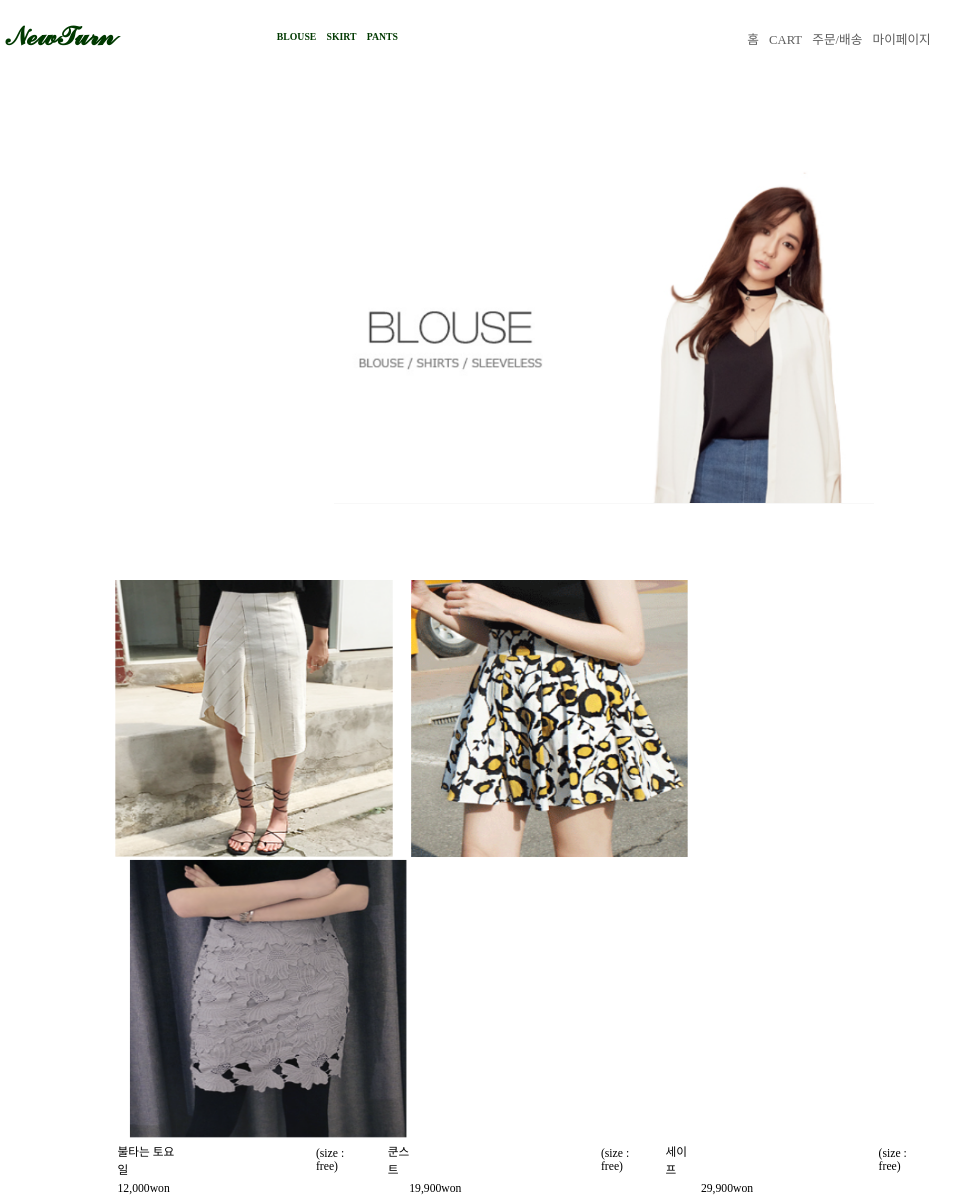
Repository: won0108/Port-Folio
Page: Creating_Homepage/Shopping/WebContent/skirt.html
These files come from the project's save history. The page is drawn as it stood at one moment and after the next save; the edit follows.
The browser window is 1280 px wide. The page is 1280 px wide, then 1330 px, so the pictures cover 1330 px, including what lies to the right of the window. The pictures show the whole page, at 73% of full size.

Above is the page before, as saved 2020-12-03 08:09:08.

After the next save:
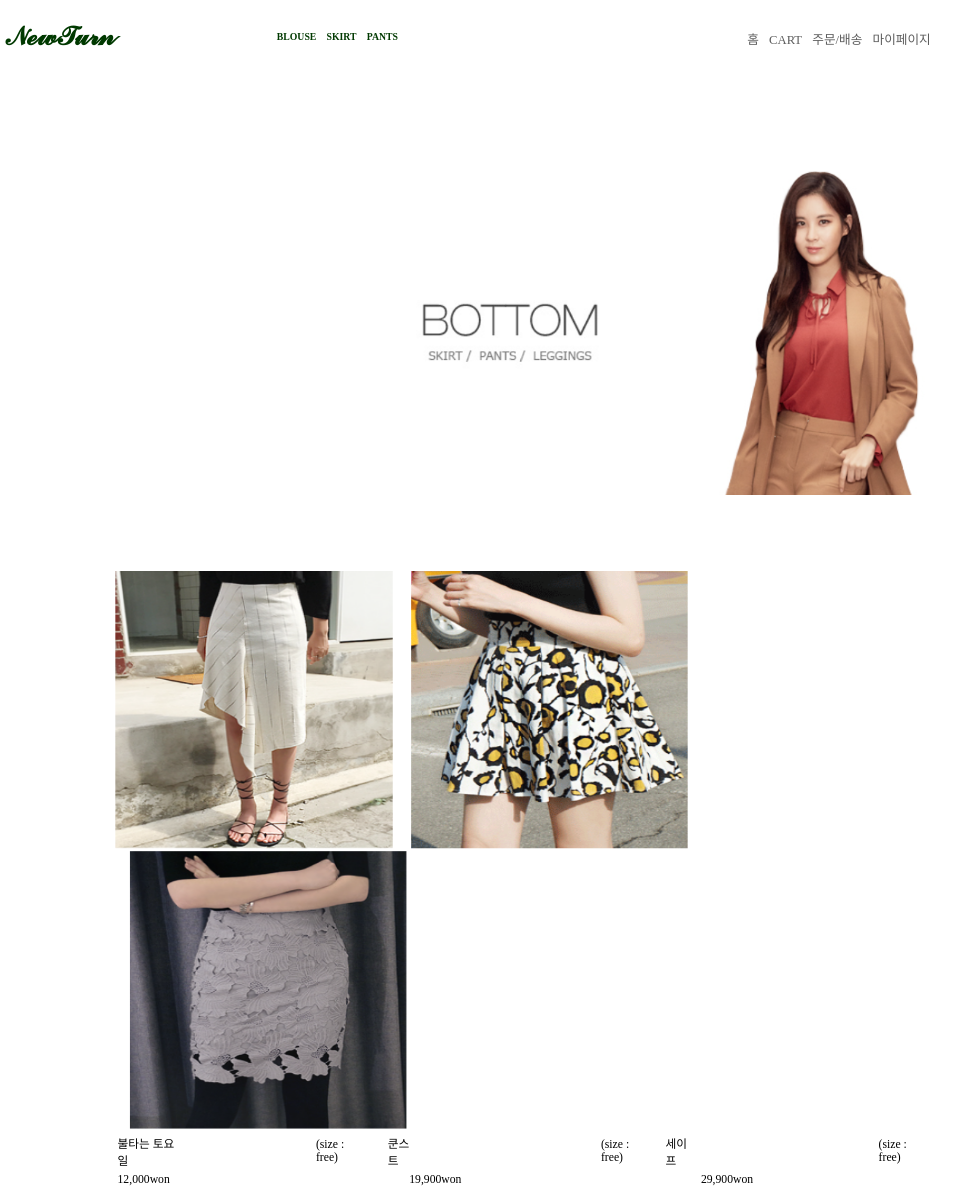
Saved 46 s later.
--- a/Creating_Homepage/Shopping/WebContent/skirt.html
+++ b/Creating_Homepage/Shopping/WebContent/skirt.html
@@ -71,7 +71,7 @@
 			<li><a href="pants.html">PANTS</a></li>
 		</ul>
 	</div>
-	<img style="position:relative; top: 200px; left:450px;" src="images/티파니.PNG"><br>
+	<img style="position:relative; top: 200px; left:450px;" src="images/서현.PNG"><br>
 	<div id="main">
 			<img src="images/파리스.PNG" width="380" height="380">
 			<img src="images/빠담빠담.PNG" width="380" height="380" style="padding-left:20px;">
